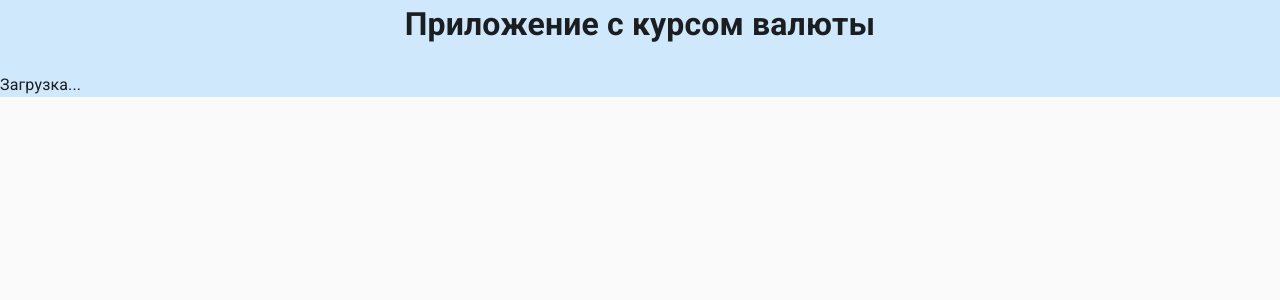
Repository: XaVi7777/mchs-test
Page: / (app in front-end/)
These files come from the project's save history. The page is drawn as it stood at one moment and after the next save; the edit follows.
The browser window is 1280 px wide. The pictures show the whole page.
The page's requests for data from a server got no answer. The project was rebuilt for these pictures with package versions that can differ from the ones it lists, and the page was loaded fresh each time. No one was signed in, and anything a server would have sent is missing.

Above is the page before, as saved 2020-08-13 19:47:32.

After the next save:
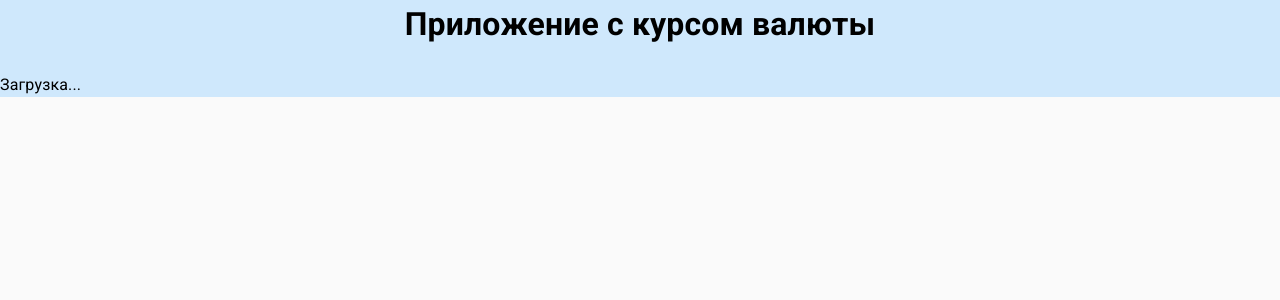
Saved 4 min 46 s later.
--- a/front-end/src/index.css
+++ b/front-end/src/index.css
@@ -1,6 +1,9 @@
 * {
   margin: 0;
+  position: relative;
   padding: 0;
+  color: #000;
+  box-sizing: border-box;
 }
 
 body {
